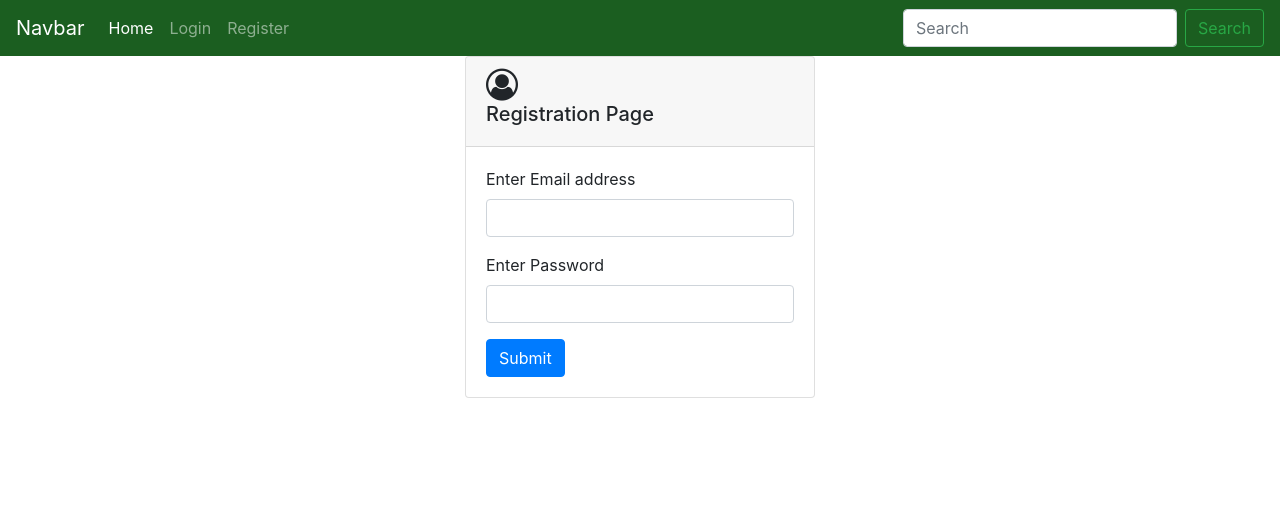
Repository: Chandnim0712/Ecommerce-Spring-Boot-Project
Page: http://localhost/LoginPage/register.jsp
These files come from the project's save history. The page is drawn as it stood at one moment and after the next save; the edit follows.
The browser window is 1280 px wide. The pictures show the whole page.
The page is served by Tomcat 9.

Above is the page before, as saved 2025-06-11 20:59:06.

After the next save:
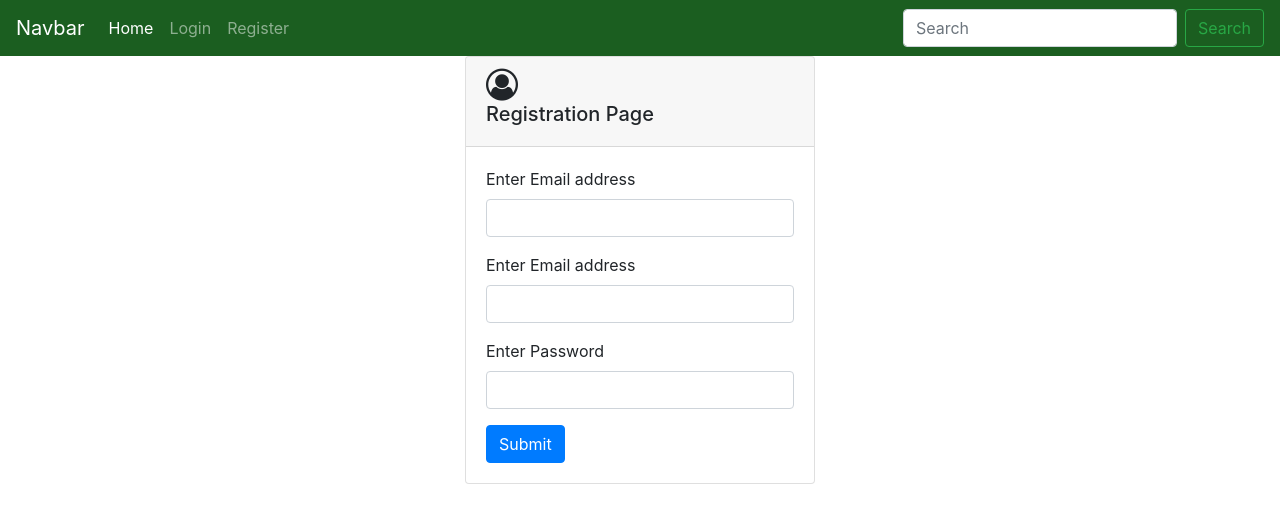
Saved 22 s later.
--- a/LoginPage/src/main/webapp/register.jsp
+++ b/LoginPage/src/main/webapp/register.jsp
@@ -62,6 +62,13 @@
 									aria-describedby="emailHelp">
 
 							</div>
+
+							<div class="form-group">
+								<label for="exampleInputEmail1">Enter Email address</label> <input
+									type="email" class="form-control" id="exampleInputEmail1"
+									aria-describedby="emailHelp">
+
+							</div>
 							<div class="form-group">
 								<label for="exampleInputPassword1">Enter Password</label> <input
 									type="password" class="form-control" id="exampleInputPassword1">
